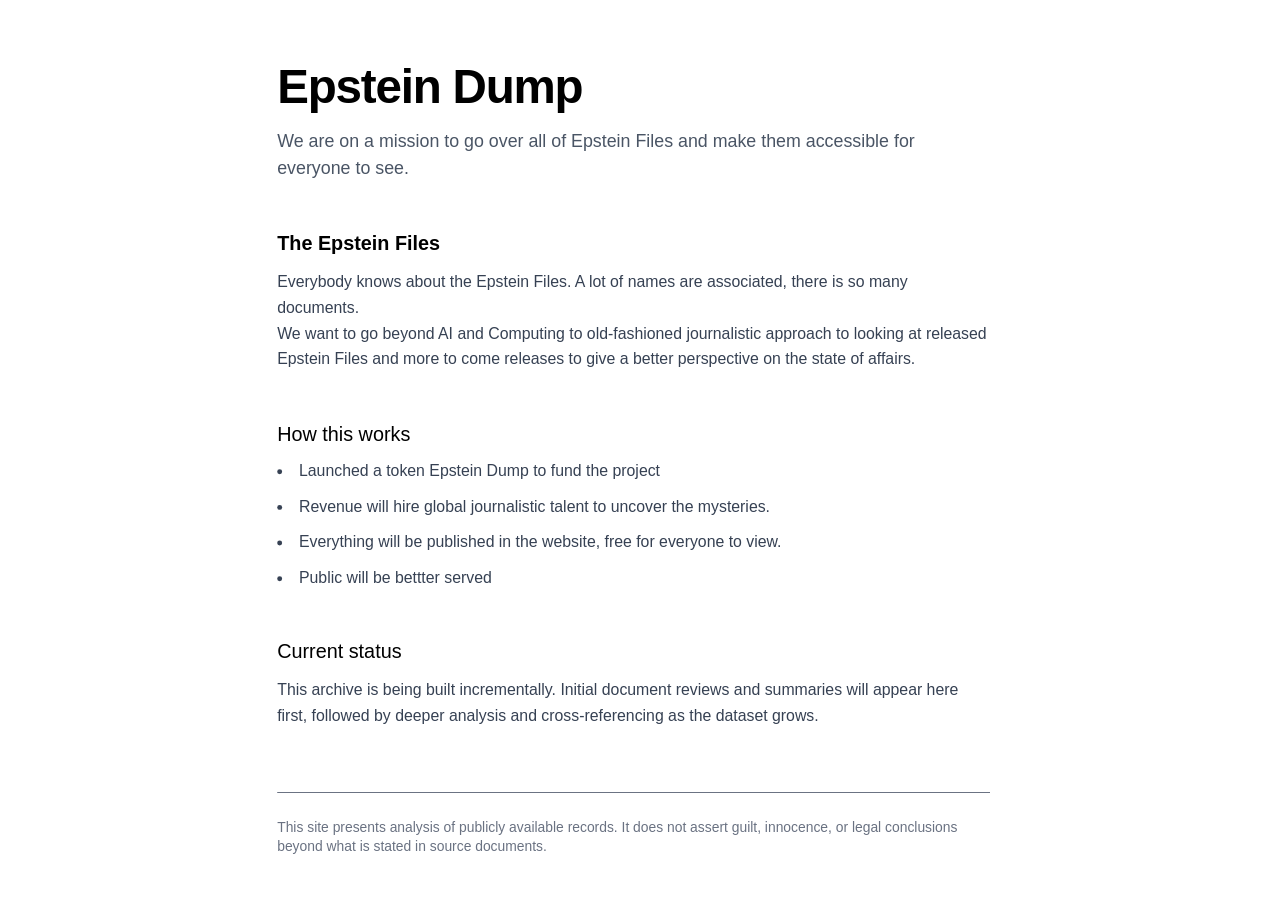
Repository: dayvoid97/epsteindump
Page: /
These files come from the project's save history. The page is drawn as it stood at one moment and after the next save; the edit follows.
The browser window is 1280 px wide. The pictures show the whole page, at 99% of full size.
The project was rebuilt for these pictures with package versions that can differ from the ones it lists, and the page was loaded fresh each time. The framework's server and built-in components were replaced by stand-ins that run in the browser. Also part of the build but not shown: next.config.ts.

Above is the page before, as saved 2026-02-02 01:20:31.

### app/page.tsx
export default function Home() {
  return (
    <main className="min-h-screen bg-white text-black">
      <div className="max-w-3xl mx-auto px-6 py-16">
        {/* Header */}
        <header className="mb-12">
          <h1 className="text-4xl md:text-5xl font-semibold tracking-tight">Epstein Dump</h1>
          <p className="mt-4 text-lg text-gray-600">
            We are on a mission to go over all of Epstein Files and make them accessible for
            everyone to see.
          </p>
        </header>

        {/* Mission */}
        <section className="mb-12">
          <h2 className="font-bold text-xl  mb-3">The Epstein Files</h2>
          <p className="text-gray-700 leading-relaxed">
            Everybody knows about the Epstein Files. A lot of names are associated, there is so many
            documents.
          </p>

          <p className="text-gray-700 leading-relaxed">
            We want to go beyond AI and Computing to old-fashioned journalistic approach to looking
            at released Epstein Files and more to come releases to give a better perspective on the
            state of affairs.
          </p>
        </section>

        {/* What to Expect */}
        <section className="mb-12">
          <h2 className="text-xl font-medium mb-3">How this works</h2>
          <ul className="space-y-3 text-gray-700 list-disc list-inside">
            <li>Launched a token Epstein Dump to fund the project</li>
            <li>Revenue will hire global journalistic talent to uncover the mysteries. </li>
            <li>Everything will be published in the website, free for everyone to view. </li>
            <li>Public will be bettter served</li>
          </ul>
        </section>

        {/* Status */}
        <section className="mb-16">
          <h2 className="text-xl font-medium mb-3">Current status</h2>
          <p className="text-gray-700 leading-relaxed">
            This archive is being built incrementally. Initial document reviews and summaries will
            appear here first, followed by deeper analysis and cross-referencing as the dataset
            grows.
          </p>
        </section>

        {/* Footer */}
        <footer className="border-t pt-6 text-sm text-gray-500">
          <p>
            This site presents analysis of publicly available records. It does not assert guilt,
            innocence, or legal conclusions beyond what is stated in source documents.
          </p>
        </footer>
      </div>
    </main>
  )
}

Loaded but not shown: app/layout.tsx (common file); app/globals.css (common file)

After the next save:
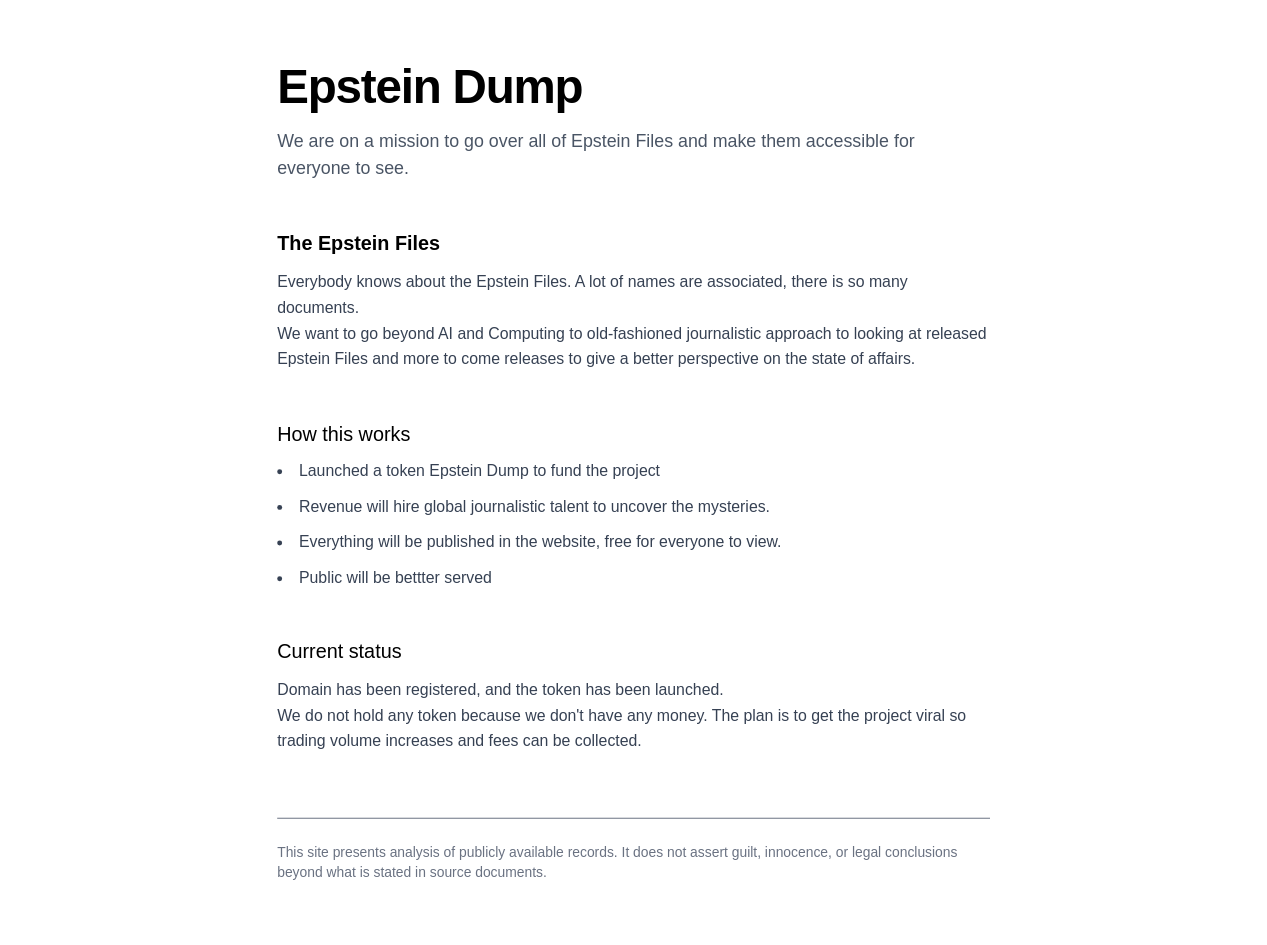
Saved 43 s later.
--- a/app/page.tsx
+++ b/app/page.tsx
@@ -41,9 +41,11 @@
         <section className="mb-16">
           <h2 className="text-xl font-medium mb-3">Current status</h2>
           <p className="text-gray-700 leading-relaxed">
-            This archive is being built incrementally. Initial document reviews and summaries will
-            appear here first, followed by deeper analysis and cross-referencing as the dataset
-            grows.
+            Domain has been registered, and the token has been launched.
+          </p>
+          <p className="text-gray-700 leading-relaxed">
+            We do not hold any token because we don't have any money. The plan is to get the project
+            viral so trading volume increases and fees can be collected.
           </p>
         </section>
 
